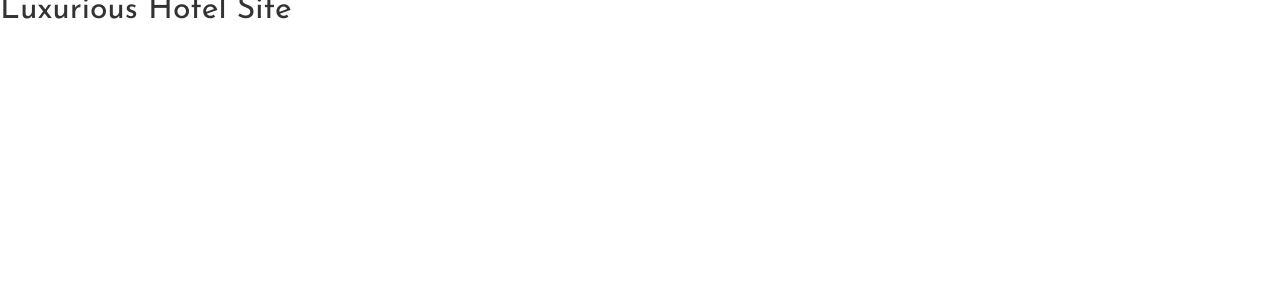
Repository: albayrakfatih/Luxurious-Hotel-Site
Page: index.html
The author's editor kept a copy of each file at every save. The page is drawn from the files as they stood at one save, then again after a run of saves.
The browser window is 1280 px wide. The pictures show the whole page.
Some web libraries are served in a nearby version.

Above is the page before, as saved 2023-05-09 23:12:07.

### index.html
<!DOCTYPE html>
<html lang="en">
<head>
    <meta charset="UTF-8">
    <meta http-equiv="X-UA-Compatible" content="IE=edge">
    <meta name="viewport" content="width=device-width, initial-scale=1.0">
    <link rel="stylesheet" href="css/styles.css">
    <link rel="stylesheet" href="css/utils.css">
    <link rel="stylesheet" href="https://cdnjs.cloudflare.com/ajax/libs/font-awesome/5.13.0/css/all.min.css" integrity="sha512-L7MWcK7FNPcwNqnLdZq86lTHYLdQqZaz5YcAgE+5cnGmlw8JT03QB2+oxL100UeB6RlzZLUxCGSS4/++mNZdxw==" crossorigin="anonymous" referrerpolicy="no-referrer" />
    <title>Luxurious Hotel</title>
</head>
<body>
    <h1>Luxurious Hotel Site</h1>
</body>
</html>

### css/styles.css
@import url('https://fonts.googleapis.com/css2?family=Josefin+Sans:wght@400;700&family=Lato:ital,wght@0,400;0,700;1,400;1,700&display=swap');

*{
    box-sizing: border-box;
    padding: 0;
    margin: 0;
}

html{
    font-size : 10px;
}

body{
    font-family: 'Josefin Sans', sans-serif;
    font-size: 1.6rem;
    background-color: #fff;
    color: #333;
    line-height: 1.6rem;
}

ul{
    list-style-type: none;
}

a{
    text-decoration: none;
    color: #333;
}

h1,h2{
    font-weight: 400;
    line-height: 2rem;
}

p{
    margin: 1rem 0;
}

img{
    width: 100%;
}

.text-center{
    text-align: center;
}

Loaded but not shown: css/utils.css (no stored copy; drawn as an empty file)

After the next 2 saves:
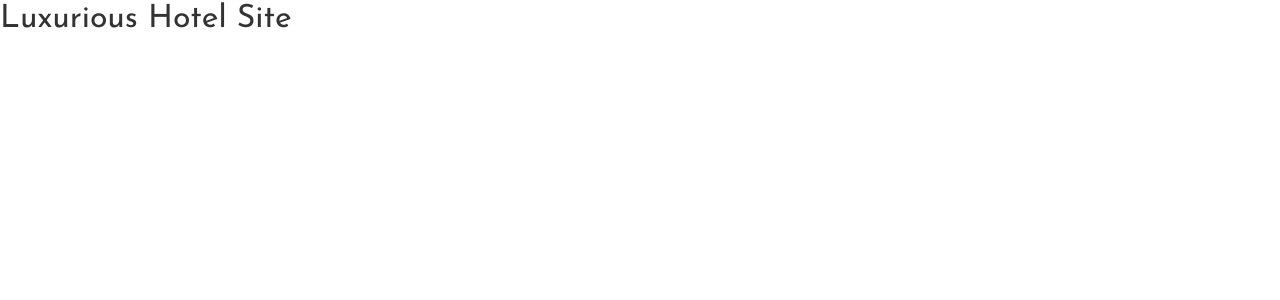
The 2 saves are shown as one change because they came seconds apart.
The last was saved 11 s later.
--- a/css/styles.css
+++ b/css/styles.css
@@ -29,7 +29,7 @@
 
 h1,h2{
     font-weight: 400;
-    line-height: 2rem;
+    line-height: 1.2;
 }
 
 p{
